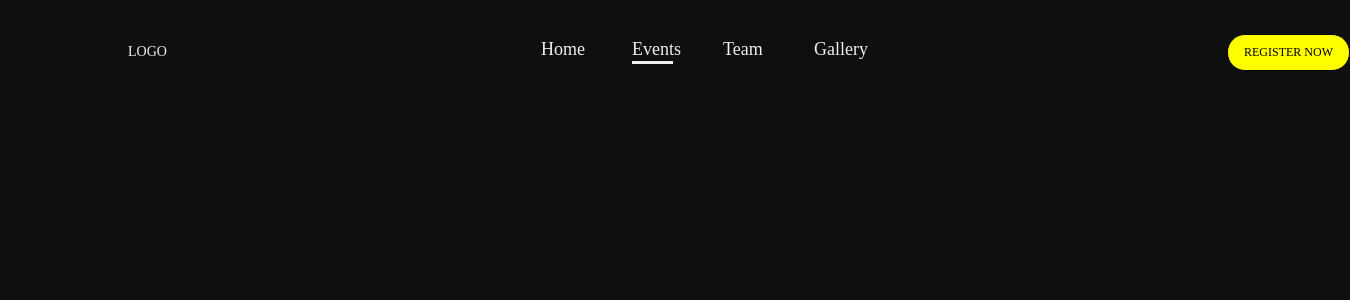
Repository: s4bbi/spandan-3.0
Page: /
The author's editor kept a copy of each file at every save. The page is drawn from the files as they stood at one save, then again after a run of saves.
The browser window is 1280 px wide. The page is 1350 px wide, so the pictures cover 1350 px, including what lies to the right of the window. The pictures show the whole page.
The project was rebuilt for these pictures with package versions that can differ from the ones it lists, and the page was loaded fresh each time. Also part of the build but not shown: vite.config.js, src/pages/Events/Events.jsx.

Above is the page before, as saved 2024-11-02 02:15:03.

After the next 6 saves:
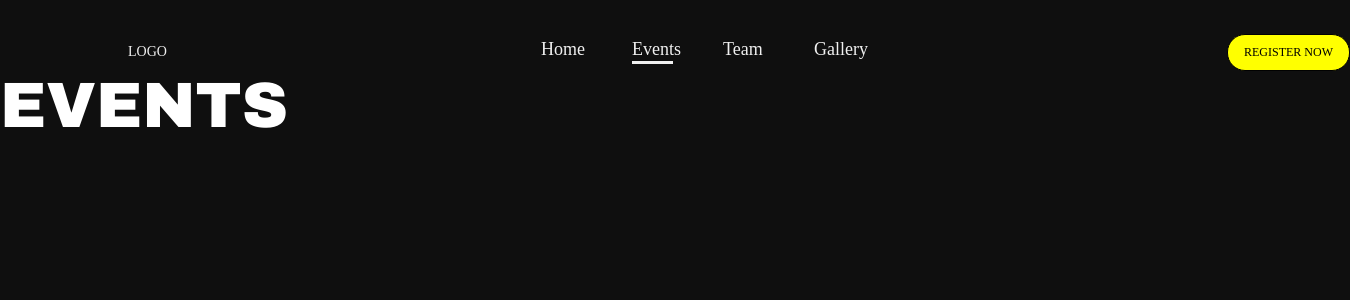
The 6 saves are shown as one change because 4 did not build or start and some came seconds apart.
The last was saved 65 s later.
--- a/src/pages/Home/Home.jsx
+++ b/src/pages/Home/Home.jsx
@@ -1,9 +1,10 @@
 import React from 'react'
+import HeroSection from '../../components/HeroSection/HeroSection'
 
 const Home = () => {
   return (
     <div>
-      {}
+      {<HeroSection/>}
     </div>
   )
 }
